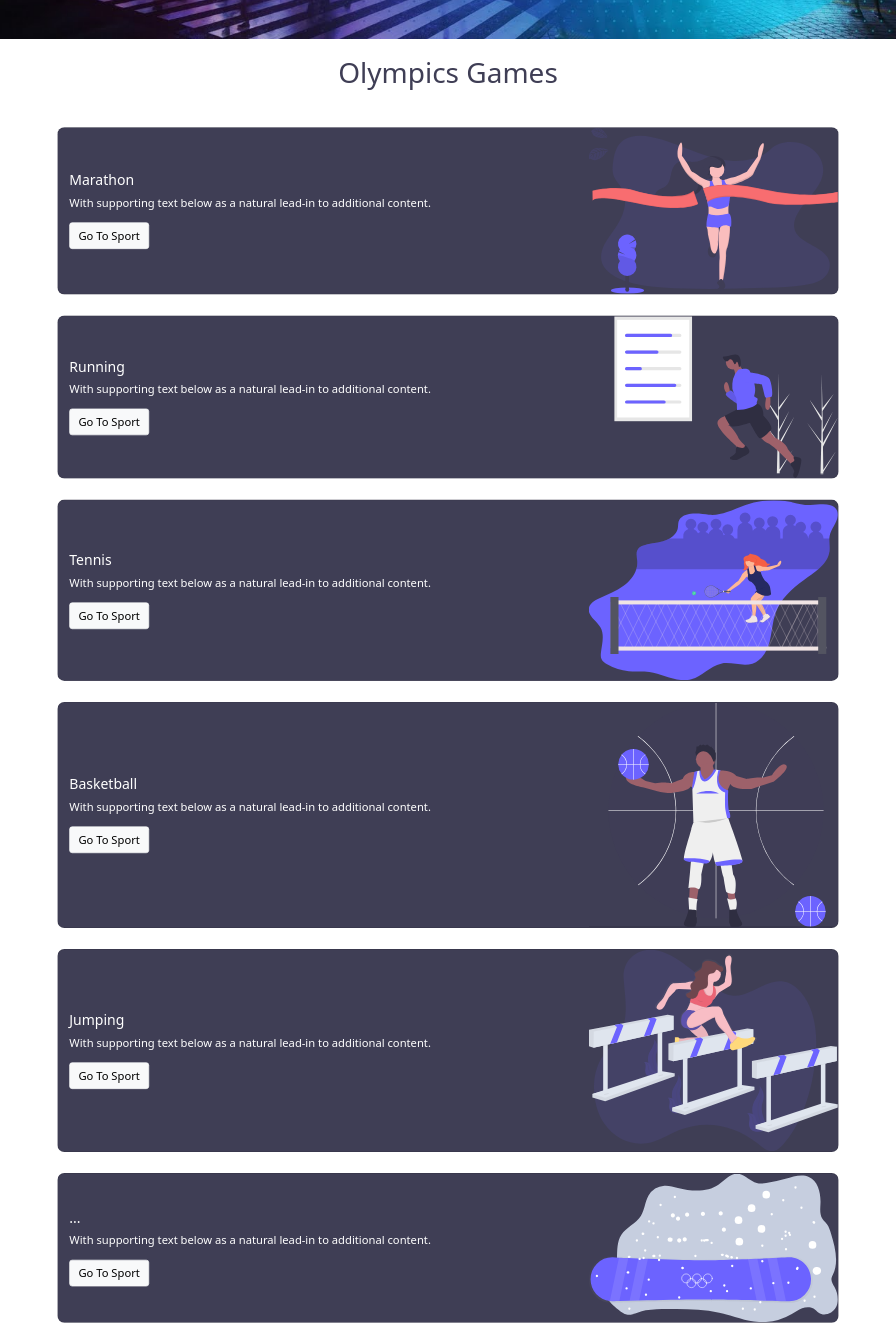
Repository: ahmedazawi/olympic_games
Page: client/views/index.html
An editor plug-in stored every save of this project. The page is shown before and after the next save, followed by the edit.
The browser window is 1280 px wide. The pictures show the part of the page from y = 664 to 2584 px (the page is 2584 px tall before and 2562 px after), at 70% of full size.

Above is the page before, as saved 2021-12-24 13:17:31.

After the next save:
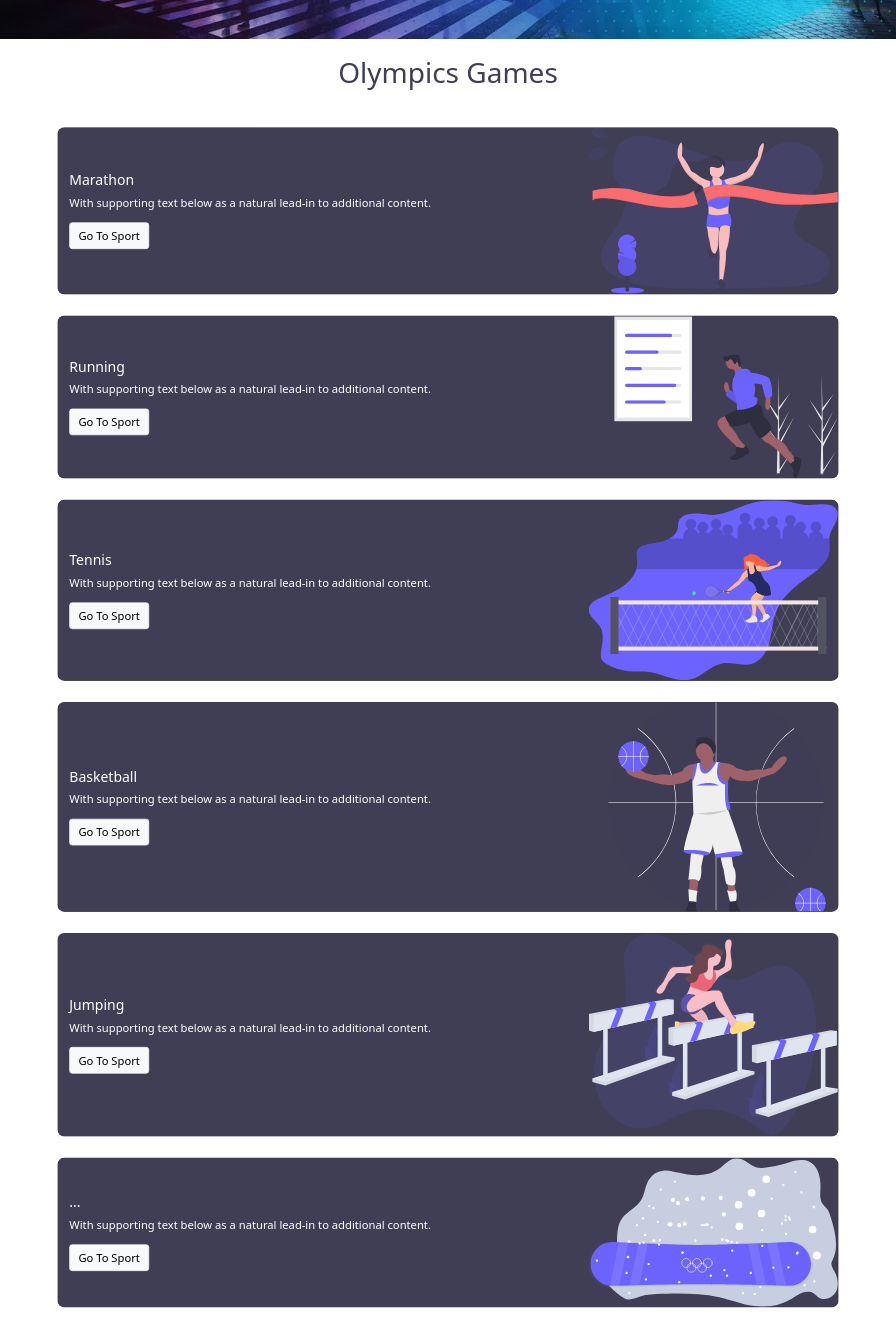
Saved 26 s later.
--- a/client/assets/css/index.css
+++ b/client/assets/css/index.css
@@ -17,6 +17,8 @@
 .body-container .card {
   border-radius: 10px;
   min-height: 200px;
+  max-height: 300px;
+
   background-color: var(--appColor);
   color: white;
   overflow: hidden;
